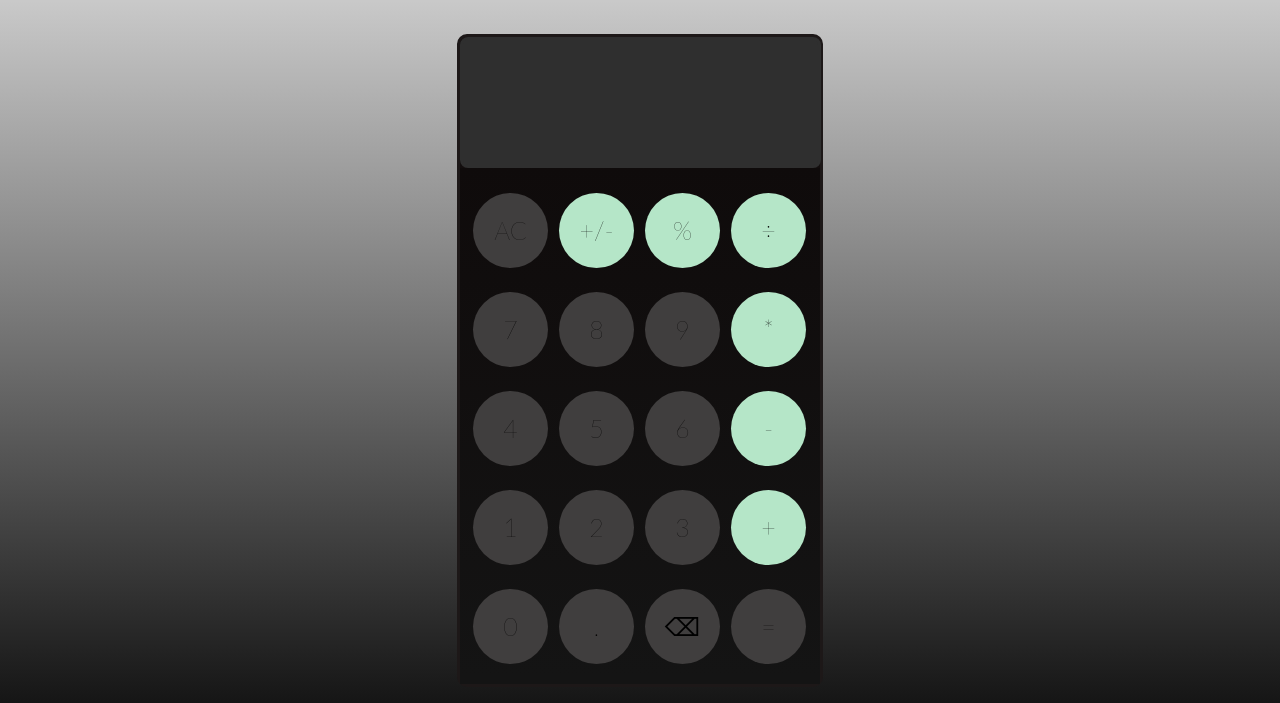
Repository: MhlengiNgubane/BrainnestJsTwo
Page: index.html
An editor plug-in stored every save of this project. The page is shown before and after the next save, followed by the edit.
The browser window is 1280 px wide. The pictures show the whole page.

Above is the page before, as saved 2022-09-12 09:55:18.

### index.html
<!DOCTYPE html>
<html lang="en">
<head>
    <meta charset="UTF-8">
    <meta http-equiv="X-UA-Compatible" content="IE=edge">
    <meta name="viewport" content="width=device-width, initial-scale=1.0">
    <title>CALCULATOR</title>

    <link rel="stylesheet" href="style.css">
</head>
    <body>
            <div class="container">
                <input type="text" class="input" value="" disabled />
                <div class="buttons">
                    <button value="AC" class="ac clear">AC</button>
                    <button value="+/-" class="oper plusMinus">+/-</button>
                    <button value="%" class="oper percent">%</button>
                    <button value="/" class="oper operator">&divide</button>

                    <button value="7" class="number">7</button>
                    <button value="8" class="number">8</button>
                    <button value="9" class="number">9</button>
                    <button value="*" class="oper operator">*</button>

                    <button value="4" class="number">4</button>
                    <button value="5" class="number">5</button>
                    <button value="6" class="number">6</button>
                    <button value="-" class="oper operator">-</button>

                    <button value="1" class="number">1</button>
                    <button value="2" class="number">2</button>
                    <button value="3" class="number">3</button>
                    <button value="+" class="oper operator">+</button>

                    <button value="0" class="zero number">0</button>
                    <button value="." class="decimal">.</button>
                    <button value="DEL" class="delete">⌫</button>
                    <button value="=" class="equal operator">=</button>
                </div>
            </div>

        <script src="App.js"></script>
    </body>
</html>

### style.css
* {
    border: 0;
    margin: 0;
    padding: 0;
    font-family: 'lato';
    font-weight: 100;
}

body{
    font-family: 'Roboto';
    font-weight: 400;
    background: linear-gradient(360deg, #141414 1.56%, rgba(0, 0, 0, 0.21) 100%);
    width: 100%;
    height: 100vh;
    display: flex;
    flex-direction: column;
    align-items: center;
    justify-content: center;
}



.container{
    align-items: center;
    margin: auto;
    margin-top: 60px;
    width: 360px;
    border: 20px;
    border: 3px solid #1d1818;
    background-color: #130e0e;
    border-radius: 10px;
    margin-bottom: 60px;
}

.input{
    position: relative;
    width: 355px;
    height: 125px;
    border: 3px solid #2f2f2f;
    text-align: right;
    border-radius: 8px;
    background-color: #2f2f2f;
    color: #fff;
    font-size: 60px;
}

.buttons{
    display: grid;
    grid-template-columns: repeat(4, 1fr);
    row-gap: 10px;
    column-gap: 10px;
    background: linear-gradient(360deg, #141414 1.56%, rgba(0, 0, 0, 0.21) 100%);
    padding: 18px 13px 13px 13px;
}

button{
    border: 1;
    outline: none;
    height: 75px;
    width: 75px;
    border-radius: 70px;
    text-align: center;
    margin-top: 7px;
    margin-bottom: 7px;
    font-size: 25px;
    background-color: #403e3e;
}

.oper {
    background-color: #b5e6c8;
}

### App.js
function add(firstNumber, secondNumber){
  return firstNumber + secondNumber;
}
function subtract(firstNumber, secondNumber){
  return firstNumber - secondNumber;
}
function multiply(firstNumber, secondNumber){
  return firstNumber * secondNumber;
}
function divide(firstNumber, secondNumber){
  return firstNumber / secondNumber;
}
function operate(operator, firstNumber, secondNumber){
  if(operator === '+'){
      return add(firstNumber, secondNumber);
  }
  else if(operator === '-'){
      return subtract(firstNumber, secondNumber);
  }
  else if(operator === '*'){
      return multiply(firstNumber, secondNumber);
  }
  else if(operator === '/'){
      return divide(firstNumber, secondNumber);
  }
  return secondNumber;
}

const display = document.querySelector('.input');

const calculator = {
  displayValue: '0',
  firstNumber: null,
  operator: null,
  secondNumber: false,
};

function clear() {
  calculator.displayValue = '0';
  calculator.firstNumber = null;
  calculator.operator = null;
  calculator.secondNumber = false;
}

function updateDisplay() {
  display.value = calculator.displayValue;
}

const buttons = document.querySelector('.buttons');
buttons.addEventListener('click', (e) => {
const target = e.target;

  if (!target.matches('button')) {
      return;
  }

  if (target.classList.contains('clear')) {
      clear();
      updateDisplay();
      return;
  }

  if (target.classList.contains('delete')) {
      undo();
      return;
  }

  if (target.classList.contains('plusMinus')) {
      plusMinus();
      return;
  }

  if (target.classList.contains('percent')) {
      percentage();
      return;
  }

  if (target.classList.contains('decimal')) {
      decimal(target.value);
      updateDisplay();
      return;
  }

  if (target.classList.contains('operator')) {
      calculate(target.value);
      updateDisplay();
      return;
  }

      displayNumber(target.value);
      updateDisplay();
});

function undo(){
  display.value = display.value.slice(0, -1);
  calculator.displayValue = display.value;
}

function plusMinus(){
  let displayPlusMinus = calculator.displayValue;
  if(displayPlusMinus >= 0){
      display.value = '-' + displayPlusMinus;
  }
  calculator.displayValue = display.value;
}

function percentage(){
  let displayPercent = calculator.displayValue;
  if(displayPercent != 0){
      display.value = displayPercent / 100;
  }
 calculator.displayValue = display.value;
}

function decimal(dot) {
  if (calculator.secondNumber === true) {
      calculator.displayValue = '0.'
      calculator.secondNumber = false;
      return
  }
  if (!calculator.displayValue.includes(dot)) {
      calculator.displayValue += dot;
  }
}

function displayNumber(number) {
  let displayValue = calculator.displayValue;
  const secondNumber = calculator.secondNumber;

  if (secondNumber === true) {
      calculator.displayValue = number;
      calculator.secondNumber = false;
  }
  else if(displayValue === '0'){
      calculator.displayValue = number;
  }
  else{
      calculator.displayValue = displayValue + number;
  }
}

function calculate(inputOperator) {
  const firstNumber = calculator.firstNumber;
  const displayValue = calculator.displayValue;
  const operator  = calculator.operator;

  const inputValue = parseFloat(displayValue);

  if (operator && calculator.secondNumber)  {
      calculator.operator = inputOperator;
      return;
    }

  if (firstNumber == null) {
      calculator.firstNumber = inputValue;

  } else if (operator) {
      const result = operate(operator, firstNumber, inputValue);
      calculator.displayValue = `${parseFloat(result.toFixed(6))}`;
      calculator.firstNumber = result;
  }
  calculator.secondNumber = true;
  calculator.operator = inputOperator;
  console.log(calculator);
}

After the next save:
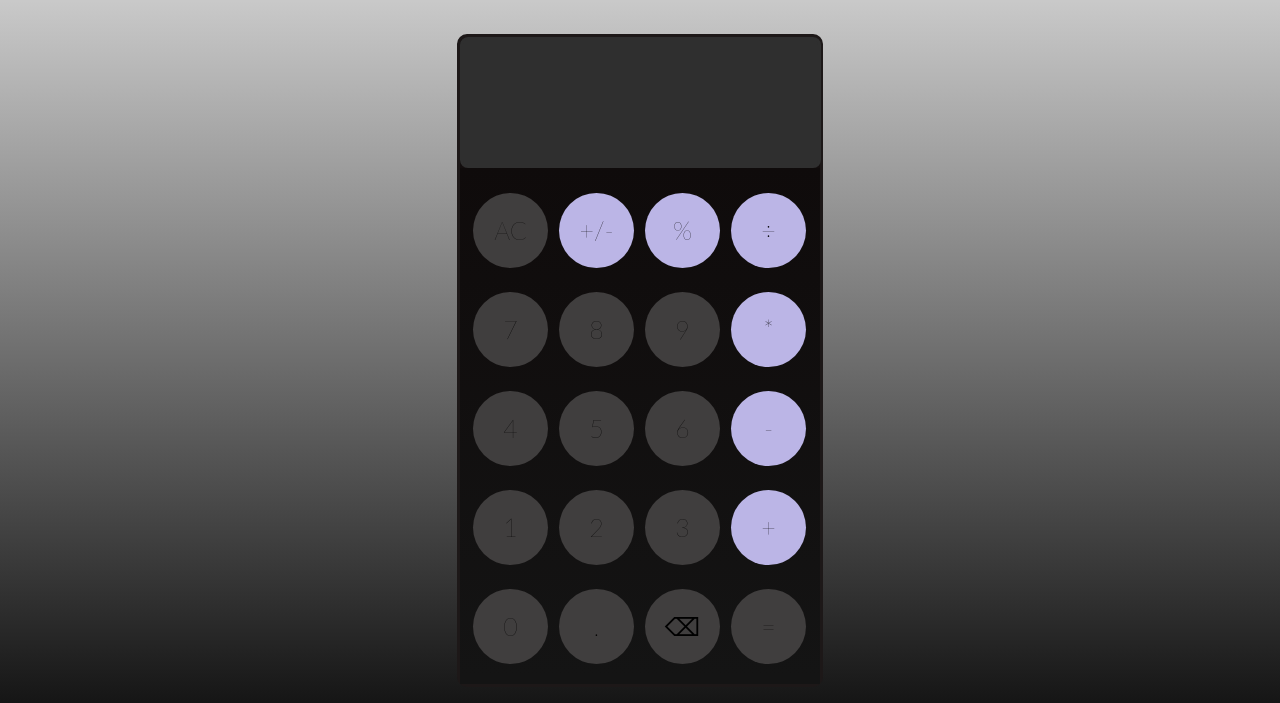
Saved 6 s later.
--- a/style.css
+++ b/style.css
@@ -67,5 +67,5 @@ button{
 }
 
 .oper {
-    background-color: #b5e6c8;
+    background-color: #bbb5e6;
 }
